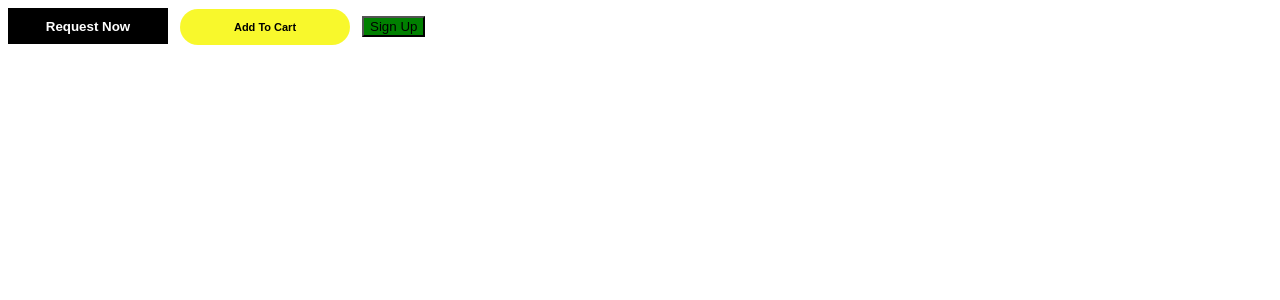
Repository: RagulRanjeeth/Frontend
Page: ButtonsExercise.html
The author's editor kept a copy of each file at every save. The page is drawn from the files as they stood at one save, then again after the next save.
The browser window is 1280 px wide. The pictures show the whole page.

Above is the page before, as saved 2026-01-19 13:24:52.

After the next save:
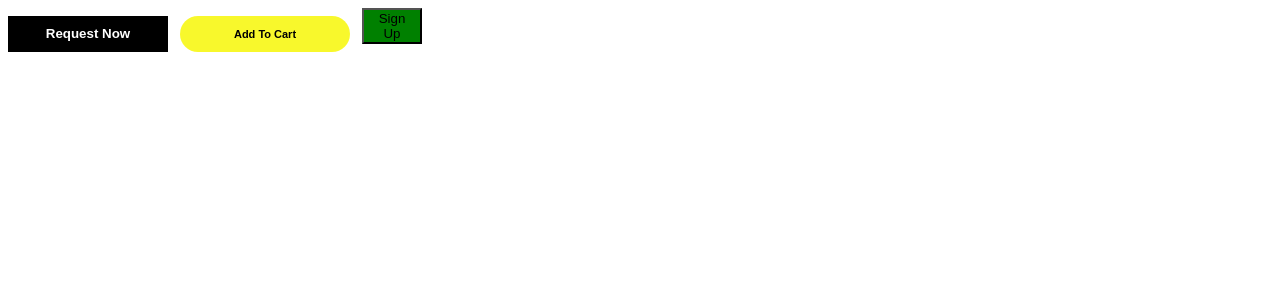
Saved 47 s later.
--- a/ButtonsExercise.html
+++ b/ButtonsExercise.html
@@ -22,7 +22,9 @@
 
 .gitHub{
     background-color: green;
-       margin-left: 8px;
+    height:36px;
+    width: 60px;
+    margin-left: 8px;
 
 
 }
